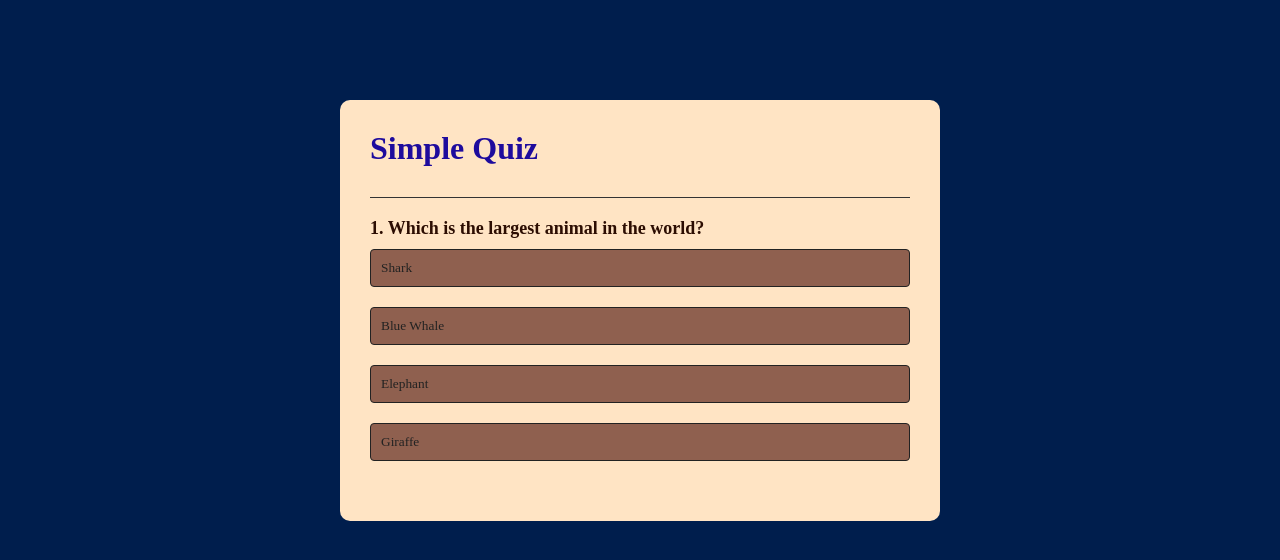
Repository: supriya123yadav/Quiz-project
Page: index.html
These files come from the project's save history. The page is drawn as it stood at one moment and after the next save; the edit follows.
The browser window is 1280 px wide. The pictures show the whole page.

Above is the page before, as saved 2024-07-11 10:27:45.

### index.html
<!DOCTYPE html>
<html lang="en">

<head>
    <meta charset="UTF-8">
    <meta name="viewport" content="width=device-width, initial-scale=1.0">
    <title>Quiz App - Easy Tutorials</title>
    <link rel="stylesheet" href="style.css">
</head>

<body>
    <div class="app">
        <h1>Simple Quiz</h1>
        <div class="quiz">
            <h2 id="question">Question goes here</h2>
            <div id="answer-buttons">
                <button class="btn">Answer 1</button>
                <button class="btn">Answer 2</button>
                <button class="btn">Answer 3</button>
                <button class="btn">Answer 4</button>
            </div>
            <button id="next-btn">Next-btn</button>

        </div>


    </div>
<script src="script.js"></script>
</body>

</html>

### style.css
* {
    margin: 0px;
    padding: 0px;
    font-family: serif;
    box-sizing: border-box;

}
body{
    background: #001e4d;
}
.app{
    background:bisque;
    width: 90%;
    max-width: 600px;
    margin: 100px auto 0;
    border-radius: 10px;
    padding: 30px;

}
.app h1{
   font-weight: 25px;
   color: rgb(30, 11, 157);
   font-weight: 600px;
   border-bottom: 1px solid #333;
   padding-bottom: 30px;
}
.quiz{
    padding: 20px 0;

}
.quiz h2{
    font-size: 18px;
    color: rgb(44, 13, 2);
    font-weight: 600;

}
.btn{
    background: rgb(143, 96, 79);
    color: #222;
    font-weight: 500;
    width: 100%;
    border: 1px solid #222;
    padding: 10px;
    margin: 10px 0;
    text-align: left;
    border-radius: 4px;
    cursor: pointer;
}
.btn:hover{
    background: rgb(202, 194, 194);
    color: white;
}
#next-btn{
    background: #43261f;
    color: #fff;
    font-weight: 500;
    width: 150px;
    border: 0;
    padding: 10px;
    margin: 20px auto 0;
    cursor: pointer;
    display: none;

}
.correct{
    background: #9aeabc;
}
.incorrect{
    background: #ff9393;
}

### script.js
const questions = [
    {
       question: "Which is the largest animal in the world?",
       answers: [
        { text: "Shark", correct: false},
        { text: "Blue Whale", correct: true},
        { text: "Elephant", correct: false},
        { text: "Giraffe", correct: false},

       ]

    },
    {
        question: "Which is the smallest country in the world?",
        answers: [
         { text: "Vatican City", correct: true},
         { text: "Bhutan", correct: false},
         { text: "Nepal", correct: false},
         { text: "Sri Lanka", correct: false},

        ]
     },
     {
        question: "Which is the largest desert in the world?",
        answers: [
         { text: "Kalahari", correct: false},
         { text: "Gobi", correct: false},
         { text: "Sahara", correct: false},
         { text: "Antarctica", correct: true},

        ]
     },
     {
        question: "Which is the smallest continent in the world?",
        answers: [
         { text: "Asia", correct: false},
         { text: "Australia", correct: true},
         { text: "Arctic", correct: false},
         { text: "Africa", correct: false},

        ]
     }

];

const questionElement = document.getElementById("question");
const answerButtons = document.getElementById("answer-buttons");
const nextButton = document.getElementById("next-btn");

let currentQuestionIndex = 0;
let score = 0;

function startQuiz(){
    currentQuestionIndex = 0;
    score = 0;
    nextButton.innerHTML = "Next";
    showQuestion();
}
function showQuestion(){
   resetState();
    let currentQuestion = questions[currentQuestionIndex];
    let questionNo = currentQuestionIndex + 1;
    questionElement.innerHTML = questionNo + ". " + currentQuestion.question;

    currentQuestion.answers.forEach(answer =>{
      const button = document.createElement("button");
      button.innerHTML = answer.text;
      button.classList.add("btn");
      answerButtons.appendChild(button);
      if(answer.correct){
         button.dataset.correct = answer.correct;
      }
      button.addEventListener("click",selectAnswer);
    });

}

function resetState(){
   nextButton.style.display = "none";
   while(answerButtons.firstChild){
      answerButtons.removeChild(answerButtons.firstChild);
   }
}
function selectAnswer(e){
   const selectedBtn = e.target;
   const isCorrect = selectedBtn.dataset.correct === "true"
   if(isCorrect){
      selectedBtn.classList.add("correct");

   }
   else{
      selectedBtn.classList.add("incorrect");
   }
}

startQuiz();

After the next save:
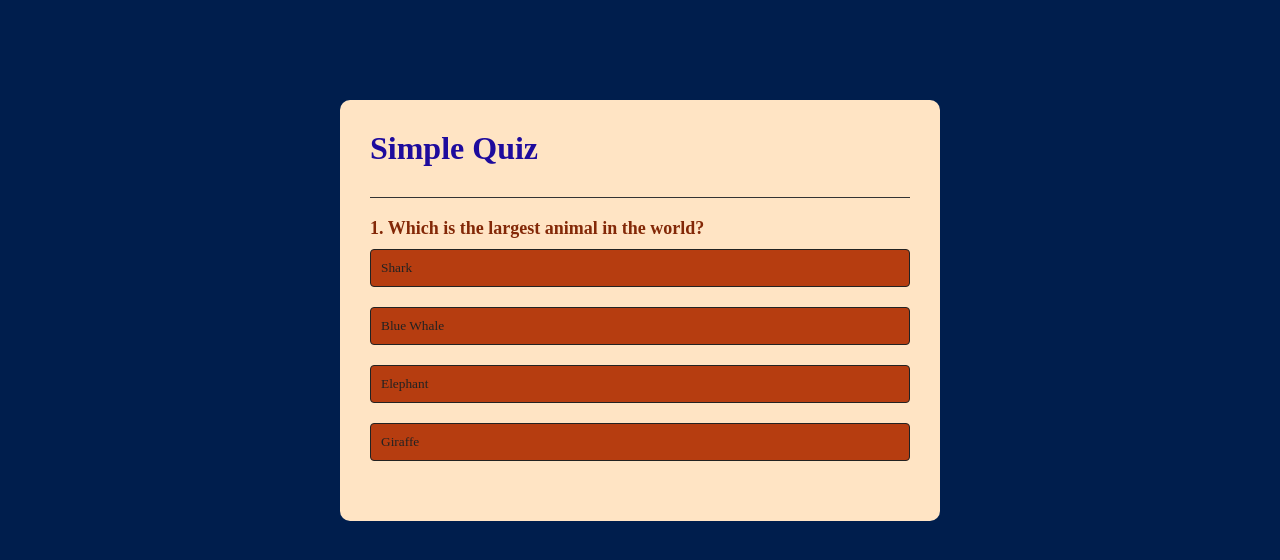
Saved 37 s later.
--- a/style.css
+++ b/style.css
@@ -30,12 +30,12 @@ body{
 }
 .quiz h2{
     font-size: 18px;
-    color: rgb(44, 13, 2);
+    color: rgb(131, 40, 7);
     font-weight: 600;
 
 }
 .btn{
-    background: rgb(143, 96, 79);
+    background: rgb(182, 61, 16);
     color: #222;
     font-weight: 500;
     width: 100%;
